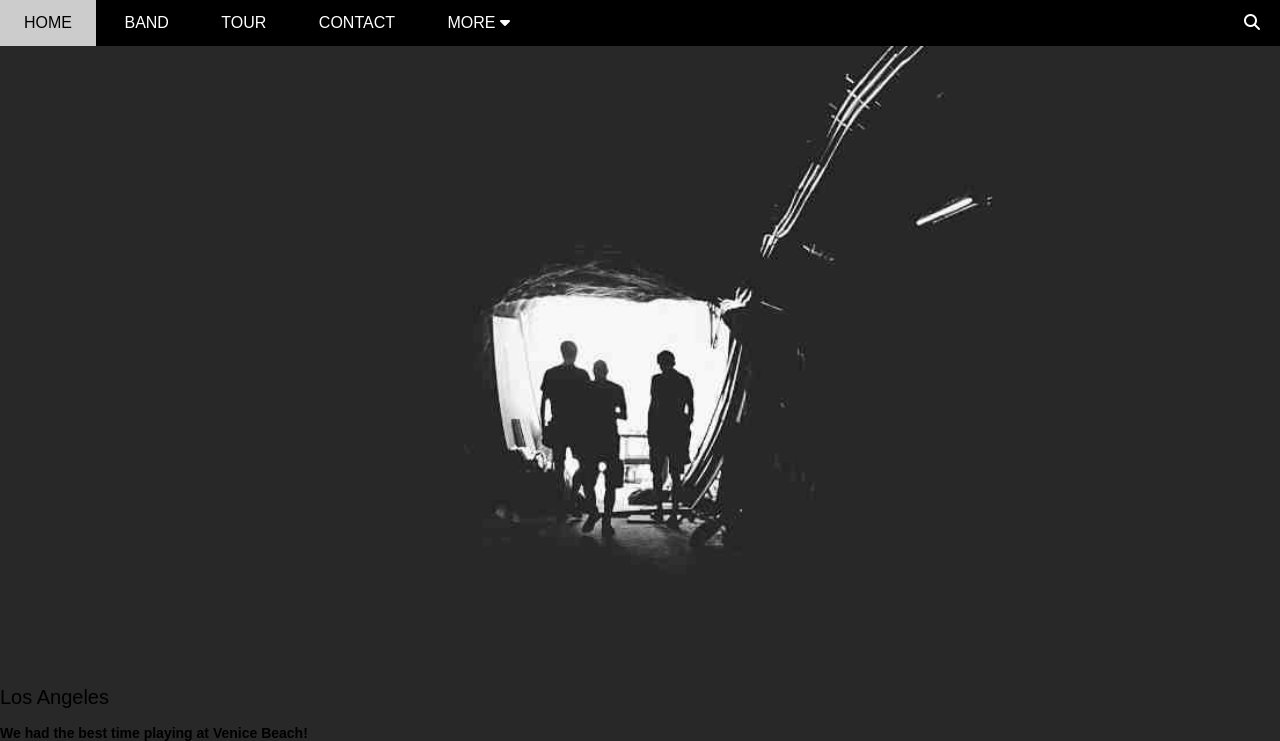
Repository: TranPhucThinh/clone-the-band
Page: index.html
These files come from the project's save history. The page is drawn as it stood at one moment and after the next save; the edit follows.
The browser window is 1280 px wide. The pictures show the whole page.
Some web libraries are served in a nearby version.

Above is the page before, as saved 2022-08-04 09:53:39.

### index.html
<!DOCTYPE html>
<html lang="en">

<head>
    <meta charset="UTF-8">
    <meta http-equiv="X-UA-Compatible" content="IE=edge">
    <meta name="viewport" content="width=device-width, initial-scale=1.0">

    <title>The Band</title>

    <link rel="stylesheet" href="./assets/style.css">
    <link rel="stylesheet" href="https://cdnjs.cloudflare.com/ajax/libs/font-awesome/6.1.2/css/all.min.css">
</head>

<body>
    <div id="main">

        <div id="header">
            <ul id="nav">
                <li><a href="">Home</a></li>
                <li><a href="">Band</a></li>
                <li><a href="">Tour</a></li>
                <li><a href="">Contact</a></li>
                <li>
                    <a href="">
                        More
                        <i class="fa-solid fa-caret-down"></i>
                    </a>

                    <ul class="subnav">
                        <li><a href="">Merchandise</a></li>
                        <li><a href="">Extras</a></li>
                        <li><a href="">Media</a></li>
                    </ul>
                </li>
            </ul>

            <div class="search-btn">
                <i class="fa-solid fa-magnifying-glass"></i>
            </div>
        </div>

        <div id="slider">
            <div class="text-slider">
                <div class="slider-heading">Los Angeles</div>
                <div class="slider-title">We had the best time playing at Venice Beach!</div>
            </div>
        </div>

        <div id="content">

        </div>

        <div id="footer">

        </div>

    </div>
</body>

</html>

### assets/style.css
* {
  padding: 0;
  margin: 0;
  box-sizing: border-box;
}

html {
  font-family: Arial, Helvetica, sans-serif;
}

#header {
  height: 46px;
  background-color: #000;
  position: fixed;
  top: 0;
  right: 0;
  left: 0;
}

#nav {
  display: inline-block;
}

#nav > li {
  display: inline-block;
}

#nav li {
  position: relative;
}

#nav > li > a {
  color: #fff;
  text-transform: uppercase;
}

#nav li a {
  line-height: 46px;
  padding: 0 24px;
  display: inline-block;
  text-decoration: none;
}

#nav > li:hover > a,
.subnav li:hover a {
  color: #000;
  background-color: #ccc;
}

#nav .subnav {
  display: none;
  position: absolute;
  background-color: #fff;
  box-shadow: 3px 3px 10px 0px #ccc;
}

#nav li:last-child:hover .subnav {
  display: block;
}

#nav li:last-child:hover .fa-caret-down {
  color: #000;
}

#nav .subnav li {
  list-style-type: none;
}

#nav .subnav a {
  color: #000;
  display: block;
  line-height: 40px;
  padding: 0 32px;
}

#header .fa-solid {
  color: #fff;
}

.search-btn {
  float: right;
  line-height: 46px;
  padding: 0 20px;
}

.search-btn:hover {
  background-color: red;
  cursor: pointer;
}

#slider {
  background-color: #fff;
  margin-top: 46px;
  padding-top: 50%;
  background: url('/assets/imgs/la.jpg') top center / cover no-repeat;
  position: relative;
}

#slider .slider-desc {
  color: #fff;
  text-align: center;
  position: absolute;
  bottom: 47px;
  left: 50%;
  transform: translate(-50%);
}

#slider .slider-heading {
  font-size: 20px;
  margin-bottom: 16px;
}

#slider .slider-title {
  font-size: 14px;
  font-weight: 700;
}

After the next save:
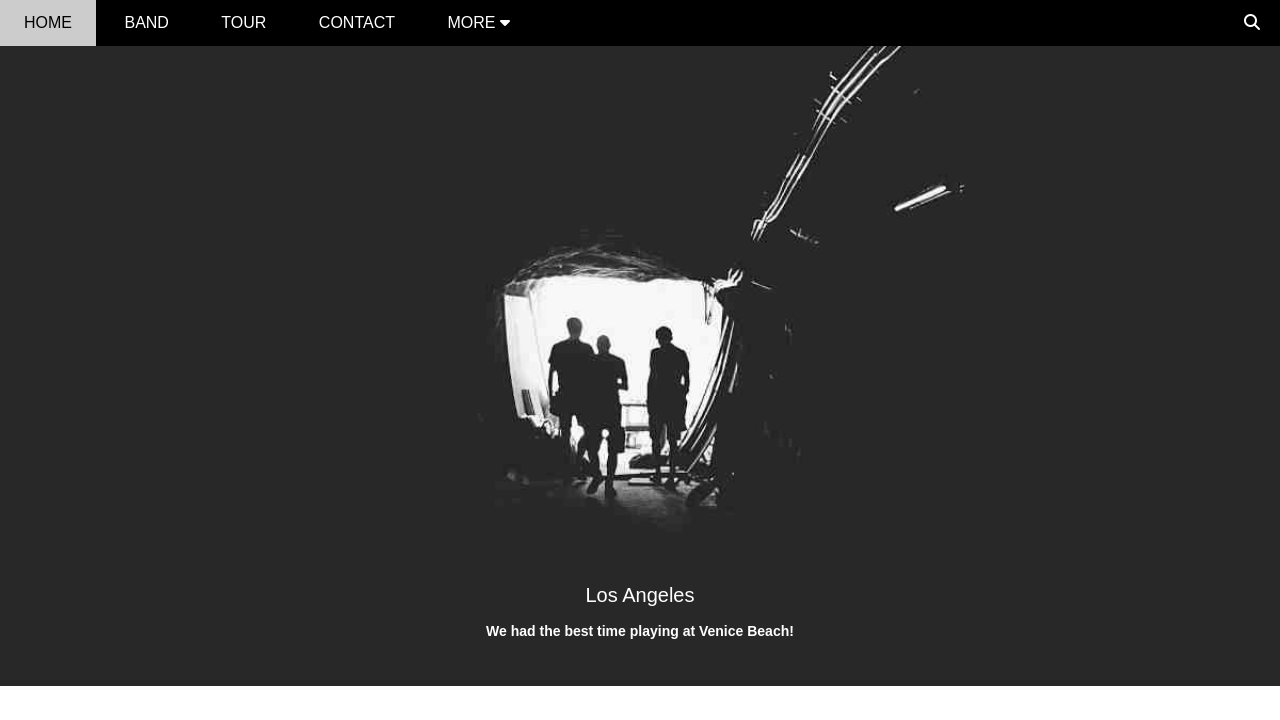
Saved 10 s later.
--- a/assets/style.css
+++ b/assets/style.css
@@ -96,7 +96,7 @@ html {
   position: relative;
 }
 
-#slider .slider-desc {
+#slider .text-slider {
   color: #fff;
   text-align: center;
   position: absolute;
